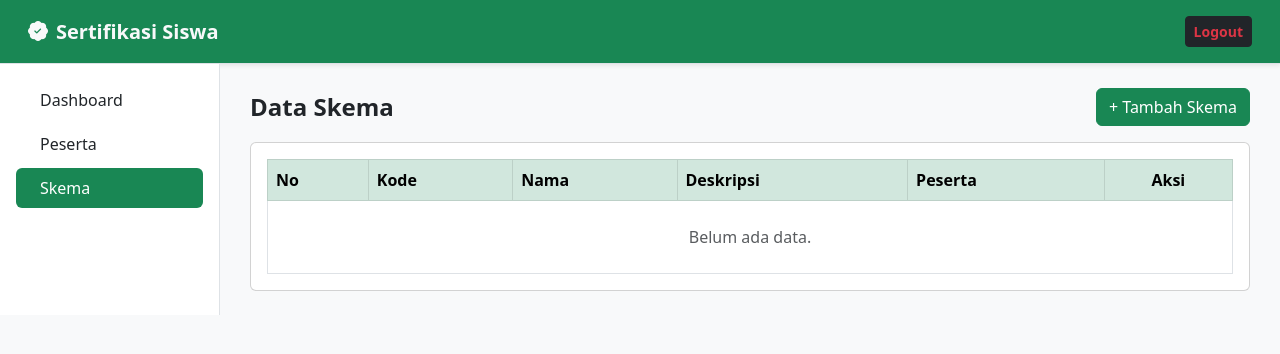
Repository: Zaki-Blip/USK_Project
Page: http://localhost/skema
These files come from the project's save history. The page is drawn as it stood at one moment and after the next save; the edit follows.
The browser window is 1280 px wide. The pictures show the whole page.
The page is served by the project's Laravel application, run on PHP 8.4 with Laravel 12. A made-up administrator, Test User (test@example.com), is signed in. Queries for data that is not in the repository find no rows.

Above is the page before, as saved 2026-10-13 04:31:28.

After the next save:
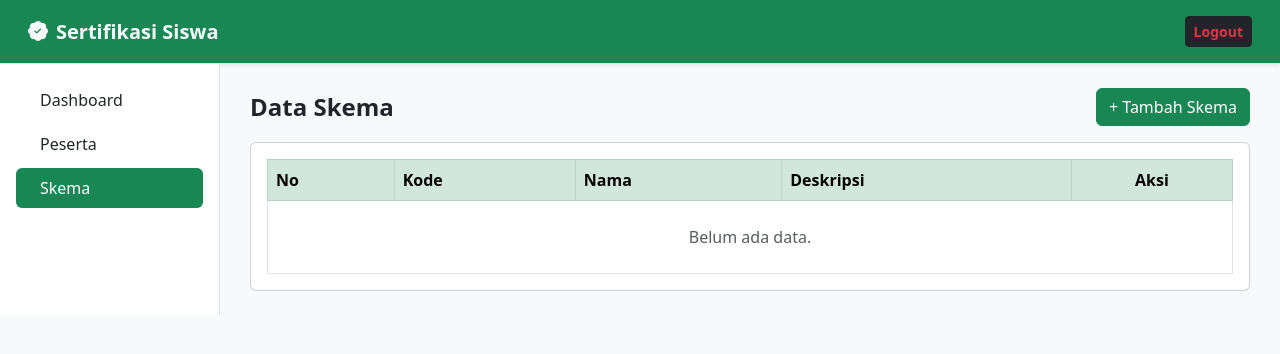
Saved 23 s later.
--- a/resources/views/skema/index.blade.php
+++ b/resources/views/skema/index.blade.php
@@ -11,7 +11,10 @@
         <table class="table table-bordered table-hover align-middle mb-0">
             <thead class="table-success">
                 <tr>
-                    <th>No</th><th>Kode</th><th>Nama</th><th>Deskripsi</th><th>Peserta</th>
+                    <th>No</th>
+                    <th>Kode</th>
+                    <th>Nama</th>
+                    <th>Deskripsi</th>
                     <th class="text-center">Aksi</th>
                 </tr>
             </thead>
